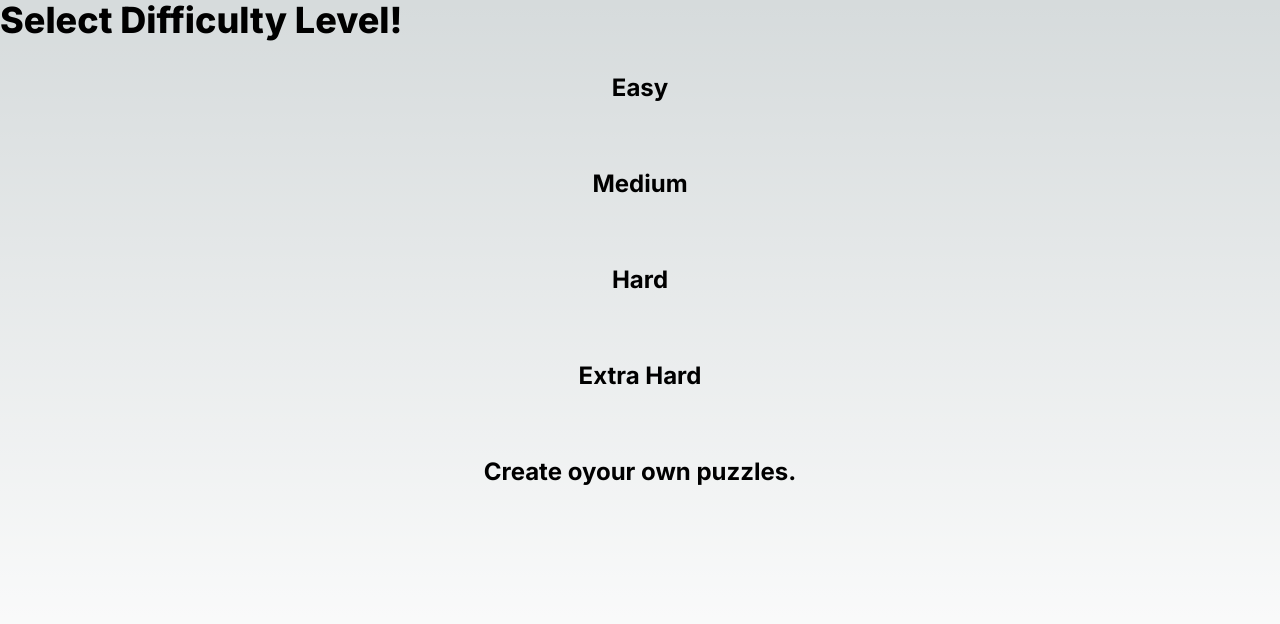
Repository: badhon252/sudoku
Page: /level
An editor plug-in stored every save of this project. The page is shown before and after the next save, followed by the edit.
The browser window is 1280 px wide. The pictures show the whole page.
The project was rebuilt for these pictures with package versions that can differ from the ones it lists, and the page was loaded fresh each time. The framework's server and built-in components were replaced by stand-ins that run in the browser. Also part of the build but not shown: next.config.js.

Above is the page before, as saved 2023-06-04 21:52:21.

### app/level/page.tsx
import React from 'react'

export default function Level() {
  return (
    <div className='min-h-screen flex flex-col justify-items-center'>
        <h1 className='text-4xl font-extrabold'>Select Difficulty Level! </h1>
        <button className='my-5 py-3 px-2 text-2xl font-bold'>Easy</button>
        <button className='my-5 py-3 px-2 text-2xl font-bold'>Medium</button>
        <button className='my-5 py-3 px-2 text-2xl font-bold'>Hard</button>
        <button className='my-5 py-3 px-2 text-2xl font-bold'>Extra Hard</button>

        <button className='my-5 py-3 px-2 text-2xl font-bold'>Create oyour own puzzles.</button>
    </div>
  )
}

Loaded but not shown: app/layout.tsx (common file); app/globals.css (common file); tailwind.config.js (common file)

After the next save:
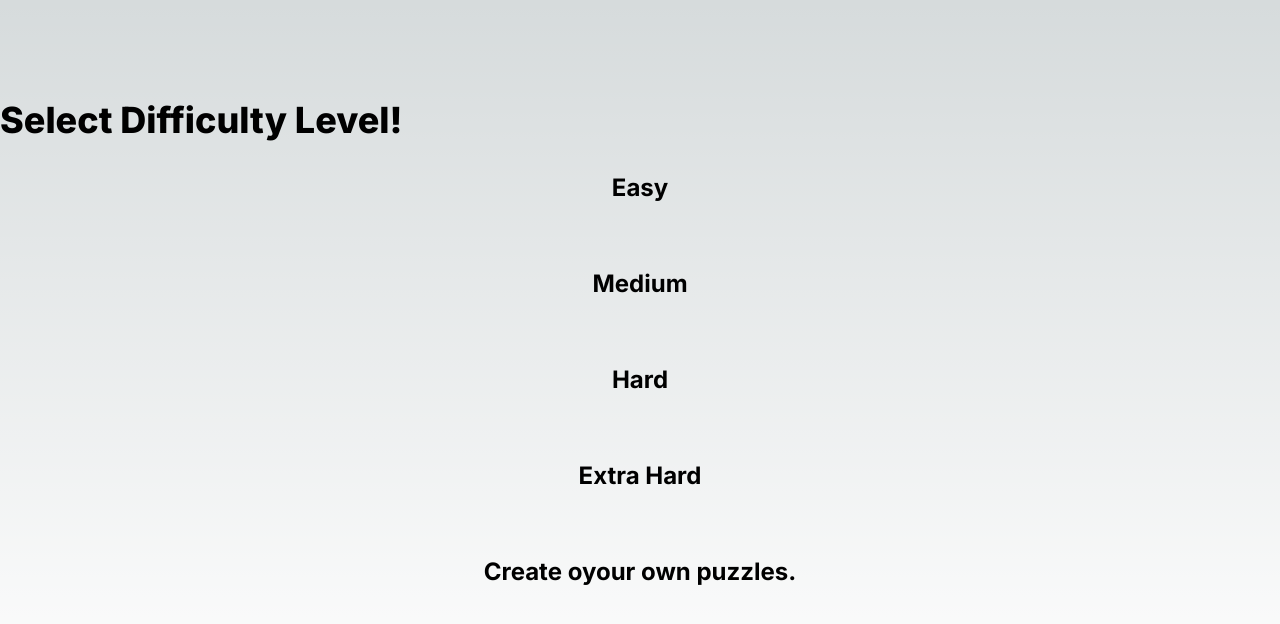
Saved 6 s later.
--- a/app/level/page.tsx
+++ b/app/level/page.tsx
@@ -2,7 +2,7 @@ import React from 'react'
 
 export default function Level() {
   return (
-    <div className='min-h-screen flex flex-col justify-items-center'>
+    <div className='min-h-screen flex flex-col justify-items-center justify-center'>
         <h1 className='text-4xl font-extrabold'>Select Difficulty Level! </h1>
         <button className='my-5 py-3 px-2 text-2xl font-bold'>Easy</button>
         <button className='my-5 py-3 px-2 text-2xl font-bold'>Medium</button>
